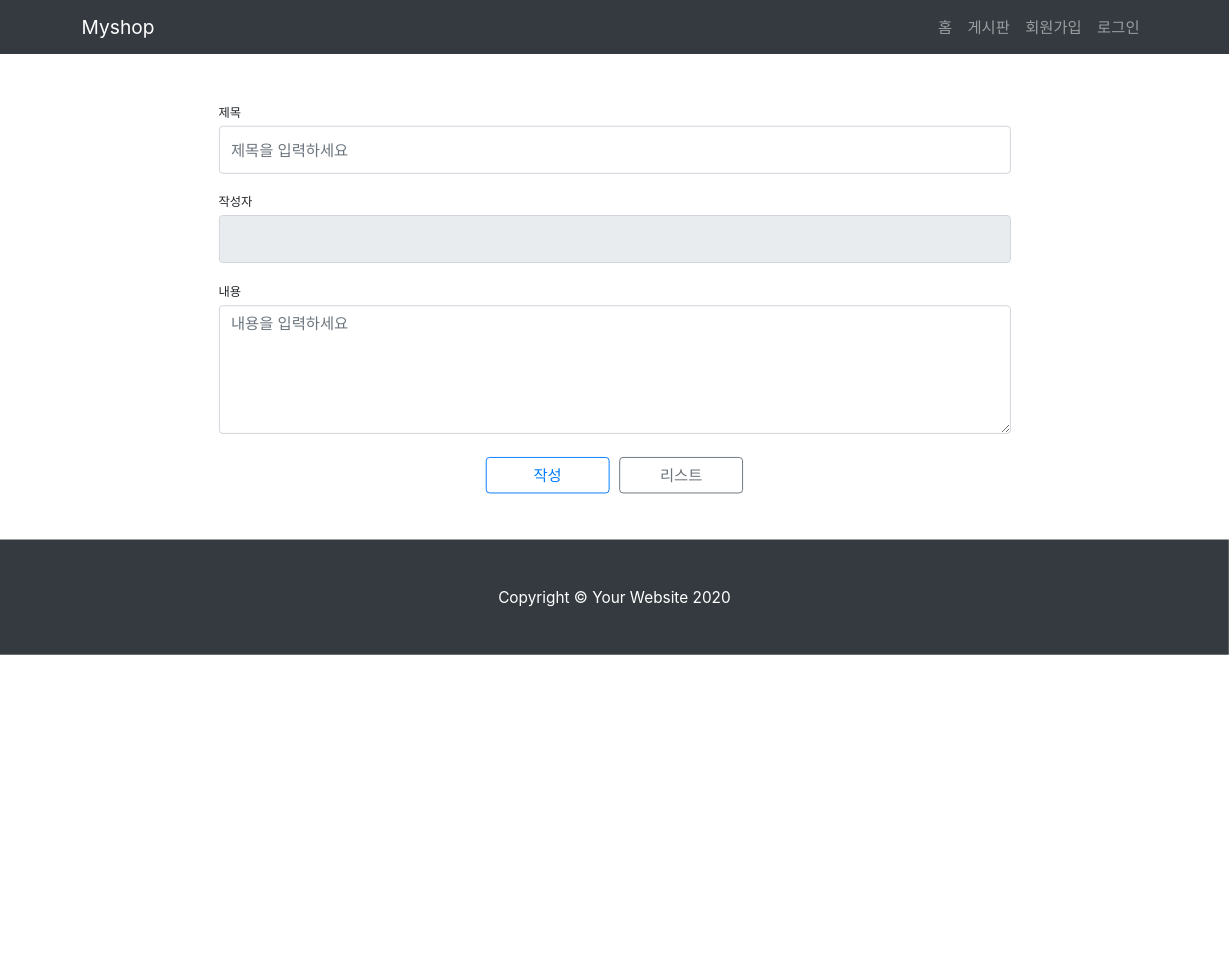
Repository: KimBiYam/ShoppingMallProject
Page: http://localhost/MyShop/WEB-INF/views/board/get.jsp
An editor plug-in stored every save of this project. The page is shown before and after the next save, followed by the edit.
The browser window is 1280 px wide. The pictures show the whole page, at 96% of full size.
The page is served by Tomcat 9. Nobody is signed in. Other server files are loaded and not shown. The template is opened directly, without the code that normally fills it, so the values that code supplies are empty.

Above is the page before, as saved 2020-04-18 08:45:52.

### MyShop/src/main/webapp/WEB-INF/views/board/get.jsp
<%@ page language="java" contentType="text/html; charset=UTF-8"
	pageEncoding="UTF-8"%>
<%@taglib prefix="c" uri="http://java.sun.com/jsp/jstl/core" %>
<%@taglib prefix="sec" uri="http://www.springframework.org/security/tags" %>
<!DOCTYPE html>
<html lang="en">
<head>
	<meta charset="utf-8">
	<meta name="viewport" content="width=device-width, initial-scale=1, shrink-to-fit=no">
	<meta name="description" content="">
	<meta name="author" content="">

	<title>글쓰기</title>
</head>

<body>
<jsp:include page="../header.jsp"/>
  <!-- Page Content -->
	<div class="container">
		<div class="row justify-content-center">
			<div class="col-lg-9 my-5">
					<input type="hidden" name="type" value="${type }">
					<input type="hidden" name="${_csrf.parameterName }" value="${_csrf.token }">
					<div class="form-group">
						<label class="small mb-1" for="itle">제목</label> <input class="form-control py-4" name="title" id="title" type="text"
							placeholder="제목을 입력하세요" />
					</div>
					<div class="form-group">
						<label class="small mb-1" for="userid">작성자</label> <input
							class="form-control py-4" name="userid" id="userid" type="text" value='<sec:authentication property="principal.username"/>' readonly="readonly" />
					</div>
					<div class="form-group">
						<label class="small mb-1" for="content">내용</label>
						<textarea class="form-control" rows="5" name="content" id=board_content placeholder="내용을 입력하세요"></textarea>
					</div>
					<div class="form-group mt-4 mb-0">
						<div class="form-row justify-content-center">
							<div class="col-md-2">
								<button class="btn btn-outline-primary btn-block" id="btnWrite">작성</button>
							</div>
							<div class="col-md-2">
								<a class="btn btn-outline-secondary btn-block" href="/myshop/board/list?type=${type }">리스트</a>
							</div>
						</div>
					</div>
			</div>
		</div>

	</div>
	<!-- /.container -->
  <jsp:include page="../footer.jsp"></jsp:include>

</body>

</html>

### MyShop/src/main/webapp/WEB-INF/views/header.jsp
<%@ page language="java" contentType="text/html; charset=UTF-8"
    pageEncoding="UTF-8"%>
<%@taglib prefix="sec" uri="http://www.springframework.org/security/tags" %>
<%@taglib prefix="c" uri="http://java.sun.com/jsp/jstl/core" %>
<!DOCTYPE html>
	<!-- Bootstrap core CSS -->
	<link href="/myshop/resources/vendor/bootstrap/css/bootstrap.min.css" rel="stylesheet">
	<!-- Custom styles for this template -->
	<link href="/myshop/resources/css/shop-homepage.css" rel="stylesheet">
	<!-- Bootstrap core JavaScript -->
	<script src="/myshop/resources/vendor/jquery/jquery.min.js"></script>
	<script src="/myshop/resources/vendor/bootstrap/js/bootstrap.bundle.min.js"></script>
	<script src="https://t1.daumcdn.net/mapjsapi/bundle/postcode/prod/postcode.v2.js"></script>
	<script src="/myshop/resources/js/member.js"></script>

  <!-- Navigation -->
  <nav class="navbar navbar-expand-lg navbar-dark bg-dark fixed-top">
    <div class="container">
      <a class="navbar-brand" href="/myshop">Myshop</a>
      <button class="navbar-toggler" type="button" data-toggle="collapse" data-target="#navbarResponsive" aria-controls="navbarResponsive" aria-expanded="false" aria-label="Toggle navigation">
        <span class="navbar-toggler-icon"></span>
      </button>
      <div class="collapse navbar-collapse" id="navbarResponsive">
        <ul class="navbar-nav ml-auto">
          <li class="nav-item">
            <a class="nav-link" href="/myshop">홈
            </a>
          </li>
          <li class="nav-item">
            <a class="nav-link" href="#">게시판</a>
          </li>
          <sec:authorize access="isAnonymous()">
          <li class="nav-item">
            <a class="nav-link" href="javascript:join()">회원가입</a>
          </li>
          <li class="nav-item">
            <a class="nav-link" href="javascript:login()">로그인</a>
          </li>
          </sec:authorize>
          <sec:authorize access="isAuthenticated()">
          <li class="nav-item">
            <a class="nav-link" href="#">마이페이지</a>
          </li>
          <li class="nav-item">
          <form id="logoutForm" action="/myshop/logout" method="post">
          <input type="hidden" name="${_csrf.parameterName }" value="${_csrf.token }">
          </form>
            <a class="nav-link" href="javascript:logout()">로그아웃</a>
          </li>
          </sec:authorize>
        </ul>
      </div>
    </div>
  </nav>
<!-- #joinModal -->
<div class="modal fade" id="joinModal" tabindex="-1" role="dialog"
	aria-labelledby="myModalLabel" aria-hidden="true">
	<div class="modal-dialog">
		<div class="modal-content">
			<div class="modal-header justify-content-center font-weight-light my-4">
				<h3 class="modal-title" id="myModalLabel">회원가입</h3>
			</div>
			<div class="modal-body">
	            <form id="joinForm" action="/myshop/user/join" method="post">
	            <input type="hidden" name="${_csrf.parameterName }" value="${_csrf.token }">
	            <input type="hidden" name="addr" id="addr">
	            <input type="hidden" name="idcheck" id="idcheck" value="0">
	                <div class="form-group">
	              	  <label class="small mb-1" for="joinid">ID</label>
					  <div class="input-group">
	              	  	<input class="form-control input-group-prepend joinInput" name="userid" id="joinid" type="text" placeholder="아이디를 입력하세요" />
	               	 	<button type="button" id="idcheckBtn" class="btn btn-outline-info input-group-append">중복체크</button>
		              </div>
	                </div>
	                <div class="form-group">
		                <label class="small mb-1" for="joinpw">Password</label>
		                <input class="form-control joinInput" name="userpw" id="joinpw" type="password" placeholder="패스워드를 입력하세요" />
	                </div>
	                <div class="form-group">
		                <label class="small mb-1" for="userpw">Password 확인</label>
		                <input class="form-control joinInput" id="pwdcheck" type="password" placeholder="패스워드를 입력하세요" />
	                </div>
   	                <div class="form-group">
		                <label class="small mb-1" for="username">이름</label>
		                <input class="form-control joinInput" name="username" id="username" type="text" placeholder="이름을 입력하세요" />
	                </div>
	                <div class="form-group">
		                <label class="small mb-1" for="tel">전화번호</label>
		                <input class="form-control joinInput" name="tel" id="tel" type="tel" maxlength="13" placeholder="전화번호를 입력하세요" />
	                </div>
  	                <div class="form-group">
		                <label class="small mb-1" for="email">이메일</label>
		                <input class="form-control joinInput" name="email" id="email" type="email" placeholder="이메일을 입력하세요" />
	                </div>
					<div class="form-group">
						<label class="small mb-1">우편번호</label>
						<input class="form-control joinInput" style="width: 30%" type="text" name="zipcode" id="zipcode" readonly="readonly">
					</div>
					<div class="form-group">
						<label class="small mb-1">주소</label>
						<div class="input-group">
							<input class="form-control input-group-prepend joinInput" type="text" id="addrView" readonly="readonly">
							<button type="button" id="addrBtn" class="btn btn-outline-primary input-group-apeend">주소 검색</button>
						</div>
					</div>
  	                <div class="form-group">
		                <label class="small mb-1" for="addrDetail">상세주소</label>
		                <input class="form-control joinInput" name="addrDetail" id="addrDetail" type="text" placeholder="상세주소를 입력하세요" />
	                </div>
   	                <div class="form-group">
		                <label class="small mb-1" for="role">관리자 코드</label>
		                <input class="form-control joinInput" name="admincode" id="admincode" type="text" placeholder="관리자가 되려면 코드를 입력하세요" />
	                </div>
	                <div class="form-group mt-4 mb-0">
	                	<button type="button" class="btn btn-primary float-right" id="joinBtn">회원가입</button>
	                </div>
	            </form>
			</div>
		</div>
		<!-- /.modal-content -->
	</div>
	<!-- /.modal-dialog -->
</div>
<!-- /#joinModal -->
<!-- #loginModal -->
<div class="modal fade" id="loginModal" tabindex="-1" role="dialog"
	aria-labelledby="myModalLabel" aria-hidden="true">
	<div class="modal-dialog">
		<div class="modal-content">
			<div class="modal-header justify-content-center font-weight-light my-4">
				<h3 class="modal-title" id="myModalLabel">로그인</h3>
			</div>
			<div class="modal-body">
	            <form id="loginForm" action="/myshop/login" method="post">
	            <input type="hidden" name="${_csrf.parameterName }" value="${_csrf.token }">
	            <input type="hidden" name="idcheck" id="idcheck" value="0">
	                <div class="form-group">
	              	  <label class="small mb-1" for="userid">ID</label>
					  <div class="input-group">
	              	  	<input class="form-control input-group-prepend" name="username" id="loginid" type="text" placeholder="아이디를 입력하세요" />
		              </div>
	                </div>
	                <div class="form-group">
		                <label class="small mb-1" for="userpw">Password</label>
		                <input class="form-control" name="password" id="loginpw" type="password" placeholder="패스워드를 입력하세요" />
	                </div>
                	<div class="form-group">
                       <div class="custom-control custom-checkbox">
                       	<input class="custom-control-input" name="remember-me" id="remember-me" type="checkbox" />
                        <label class="custom-control-label" for="remember-me">자동 로그인</label>
                       </div>
              		</div>
	                <div class="form-group mt-4 mb-0">
	                	<button type="button" class="btn btn-primary float-right" id="loginBtn">로그인</button>
	                </div>
	                <c:if test="${not empty SPRING_SECURITY_LAST_EXCEPTION}">
					    <font color="red">
					        ${sessionScope["SPRING_SECURITY_LAST_EXCEPTION"].message}
					        <c:remove var="SPRING_SECURITY_LAST_EXCEPTION" scope="session"/>
					    </font>
					</c:if>
	            </form>
			</div>
		</div>
		<!-- /.modal-content -->
	</div>
	<!-- /.modal-dialog -->
</div>
<!-- /#loginModal -->

### MyShop/src/main/webapp/WEB-INF/views/footer.jsp
<%@ page language="java" contentType="text/html; charset=UTF-8"
    pageEncoding="UTF-8"%>
<!DOCTYPE html>
  <!-- Footer -->
  <footer class="py-5 bg-dark">
    <div class="container">
      <p class="m-0 text-center text-white">Copyright &copy; Your Website 2020</p>
    </div>
    <!-- /.container -->
  </footer>

### MyShop/src/main/webapp/resources/js/member.js
//회원가입 폼
function join() {
	$(".joinInput").val("");
	$("#joinModal").modal("show");
	$("#joinid").removeAttr("readonly");
	$("#idcheck").val("0");
}
//로그인 폼
function login() {
	$("#loginid").val("");
	$("#loginpw").val("");
	$("#loginModal").modal("show");
}
//로그아웃 버튼
function logout(){
	alert("로그아웃 되었습니다");
	$("#logoutForm").submit();
}

$(function() {
//	이메일 정규식
var regemail=/^[-A-Za-z0-9_]+[-A-Za-z0-9_.]*[@]{1}[-A-Za-z0-9_]+[-A-Za-z0-9_.]*[.]{1}[A-Za-z]{1,5}$/;
var regtel = /^(01[016789]{1}|02|0[3-9]{1}[0-9]{1})-?[0-9]{3,4}-?[0-9]{4}$/;

//	아이디 한글 입력 방지
	$("#joinid").on("blur keyup",function(){
		$(this).val($(this).val().replace(/[ㄱ-ㅎ|ㅏ-ㅣ|가-힣]/g,''));
	})
	$("#loginid").on("blur keyup",function(){
		$(this).val($(this).val().replace(/[ㄱ-ㅎ|ㅏ-ㅣ|가-힣]/g,''));
	})
//	전화번호 자동 하이픈
	$('#tel').keydown(function(event) {
	    var key = event.charCode || event.keyCode || 0;
	    $text = $(this);
	    if (key !== 8 && key !== 9) {
	        if ($text.val().length === 3) {
	            $text.val($text.val() + '-');
	        }
	        if ($text.val().length === 8) {
	            $text.val($text.val() + '-');
	        }
	    }

	    return (key == 8 || key == 9 || key == 46 || (key >= 48 && key <= 57) || (key >= 96 && key <= 105));
	});

//	이름 한글만 입력
	$("#username").on("blur keyup",function(){
		$(this).val($(this).val().replace(/[a-z0-9]|[ \[\]{}()<>?|`~!@#$%^&*-_+=,.;:\"'\\]/g,''));
	})

	// 회원가입
	$("#joinBtn").on("click", function() {
		if ($("#joinnid").val() == "") {
			alert("아이디를 입력하세요");
			$("#joinnid").focus();
			return false;
		}
		if ($("#joinpw").val() == "") {
			alert("패스워드를 입력하세요");
			$("#joinpw").focus();
			return false;
		}
		if ($("#pwdcheck").val() == "") {
			alert("패스워드 확인을 입력하세요");
			$("#pwdcheck").focus();
			return false;
		}
		if ($("#username").val() == "") {
			alert("이름을 입력하세요");
			$("#username").focus();
			return false;
		}
		if ($("#tel").val() == "") {
			alert("전화번호를 입력하세요");
			$("#tel").focus();
			return false;
		}
		if ($("#email").val() == "") {
			alert("이메일을 입력하세요");
			$("#email").focus();
			return false;
		}
		if ($("#addrView").val() == "") {
			alert("주소를 검색하세요");
			return false;
		}
		if ($("#addrDetail").val() == "") {
			alert("상세주소를 입력하세요");
			$("#addrDetail").focus();
			return false;
		}

		if ($("#idcheck").val() == "0") {
			alert("아이디 중복체크를 하세요");
			return false;
		}
		if ($("#joinpw").val() != $("#pwdcheck").val()) {
			alert("패스워드가 틀렸습니다");
			$("#joinpw").val("");
			$("#pwdcheck").val("");
			$("#joinpw").focus();
			return false;
		}
		if(!regtel.exec($("#tel").val())){
			alert("전화번호 양식이 틀렸습니다");
			$("#tel").val("");
			$("#tel").focus();
			return false;
		}
		if(!regemail.exec($("#email").val())){
			alert("이메일 양식이 틀렸습니다");
			$("#email").val("");
			$("#email").focus();
			return false;
		}

		var addr = $("#addrView").val() + " " + $("#addrDetail").val();
		$("#addr").val(addr);

		$("#joinForm").submit();
		alert("회원가입이 완료 되었습니다!");
	});

	$("#idcheckBtn").click(function() {
		if ($("#joinid").val() == "") {
			alert("ID를 입력해주세요");
			$("#registerid").focus();
			return false;
		}
		if ($("#idcheck").val() == "1") {
			$("#joinid").removeAttr("readonly");
			$("#joinid").val("");
			$("#idcheck").val("0");
			return false;
		}
		$.get("/myshop/user/idcheck", {
			"userid" : $("#joinid").val()
		}, function(data) {
			if (data == "no"){
				alert("이미 가입된 아이디 입니다");
				$("#joinid").val("");
				$("#joinid").focus();
			}
			if (data == "yes") {
				alert("사용 가능한 아이디 입니다");
				$("#joinid").attr("readonly", "readonly");
				$("#idcheck").val("1");
			}


		})
	});

	// 카카오 주소 API 팝업
	$("#addrBtn").on(
			"click",
			function() {
				new daum.Postcode(
						{
							oncomplete : function(data) {
								// 팝업에서 검색결과 항목을 클릭했을때 실행할 코드를 작성하는 부분.

								// 각 주소의 노출 규칙에 따라 주소를 조합한다.
								// 내려오는 변수가 값이 없는 경우엔 공백('')값을 가지므로, 이를 참고하여 분기
								// 한다.
								var addr = ''; // 주소 변수
								var extraAddr = ''; // 참고항목 변수

								// 사용자가 선택한 주소 타입에 따라 해당 주소 값을 가져온다.
								if (data.userSelectedType === 'R') { // 사용자가
																		// 도로명
																		// 주소를
																		// 선택했을
																		// 경우
									addr = data.roadAddress;
								} else { // 사용자가 지번 주소를 선택했을 경우(J)
									addr = data.jibunAddress;
								}

								// 사용자가 선택한 주소가 도로명 타입일때 참고항목을 조합한다.
								if (data.userSelectedType === 'R') {
									// 법정동명이 있을 경우 추가한다. (법정리는 제외)
									// 법정동의 경우 마지막 문자가 "동/로/가"로 끝난다.
									if (data.bname !== ''
											&& /[동|로|가]$/g.test(data.bname)) {
										extraAddr += data.bname;
									}
									// 건물명이 있고, 공동주택일 경우 추가한다.
									if (data.buildingName !== ''
											&& data.apartment === 'Y') {
										extraAddr += (extraAddr !== '' ? ', '
												+ data.buildingName
												: data.buildingName);
									}
									// 표시할 참고항목이 있을 경우, 괄호까지 추가한 최종 문자열을 만든다.
									if (extraAddr !== '') {
										extraAddr = ' (' + extraAddr + ')';
									}
									// 조합된 참고항목을 해당 필드에 넣는다.
									// document.getElementById("sample6_extraAddress").value
									// = extraAddr;

								} else {
									// document.getElementById("sample6_extraAddress").value
									// = '';
								}

								// 우편번호와 주소 정보를 해당 필드에 넣는다.
								$("#zipcode").val(data.zonecode);
								$("#addrView").val(addr);
								// 커서를 상세주소 필드로 이동한다.
								$("#addrDetail").focus();
							}
						}).open();
			});

	// 로그인
	$("#loginBtn").on("click", function() {
		if ($("#loginid").val() == "") {
			alert("아이디를 입력하세요");
			$("#loginid").focus();
			return false;
		}
		if ($("#loginpw").val() == "") {
			alert("패스워드를 입력하세요");
			$("#loginpw").focus();
			return false;
		}
		$("#loginForm").submit();
	});

})

Loaded but not shown: MyShop/src/main/webapp/resources/css/shop-homepage.css (common file)

After the next save:
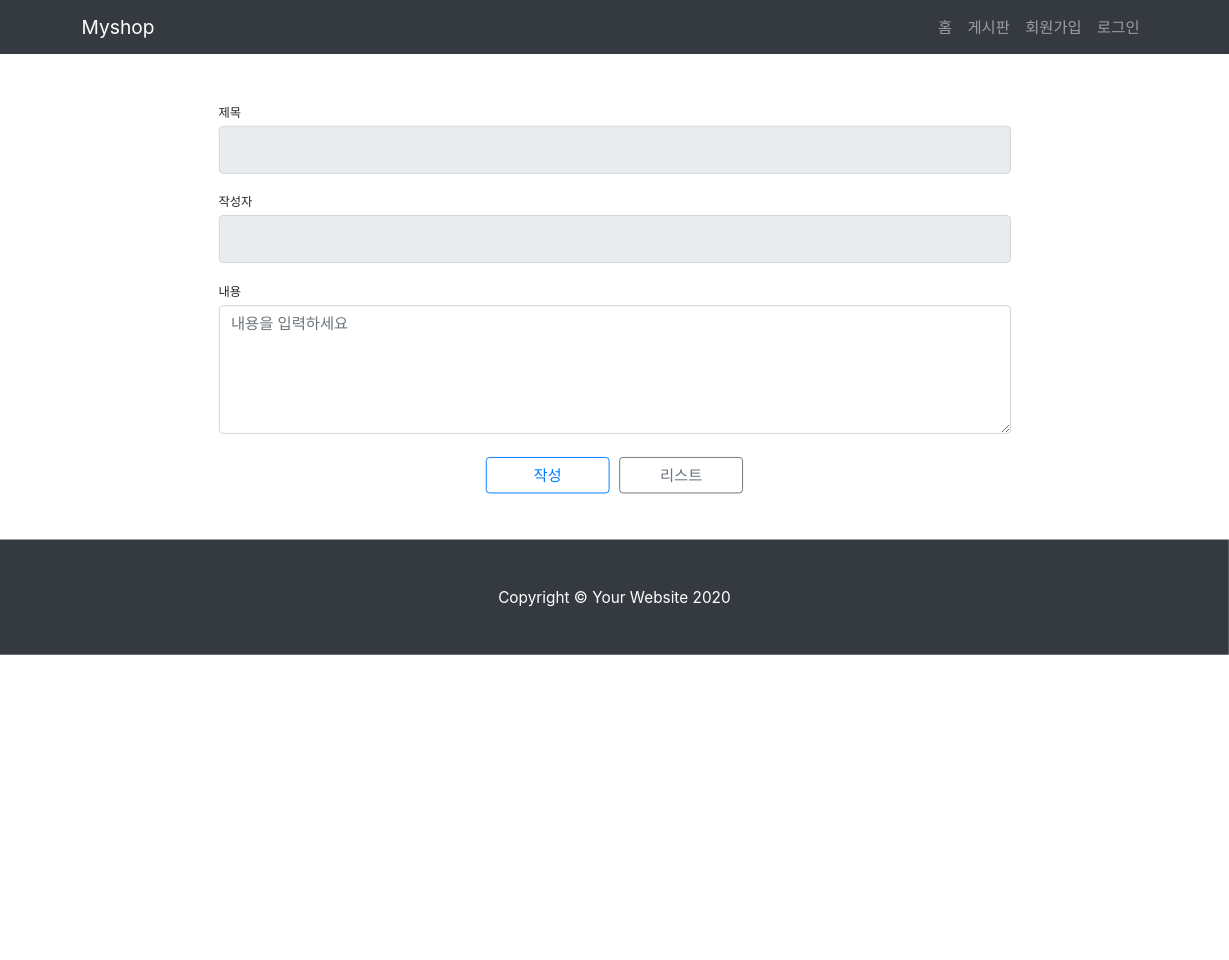
Saved 15 s later.
--- a/MyShop/src/main/webapp/WEB-INF/views/board/get.jsp
+++ b/MyShop/src/main/webapp/WEB-INF/views/board/get.jsp
@@ -22,8 +22,7 @@
 					<input type="hidden" name="type" value="${type }">
 					<input type="hidden" name="${_csrf.parameterName }" value="${_csrf.token }">
 					<div class="form-group">
-						<label class="small mb-1" for="itle">제목</label> <input class="form-control py-4" name="title" id="title" type="text"
-							placeholder="제목을 입력하세요" />
+						<label class="small mb-1" for="itle">제목</label> <input class="form-control py-4" name="title" id="title" type="text" readonly="readonly" />
 					</div>
 					<div class="form-group">
 						<label class="small mb-1" for="userid">작성자</label> <input
